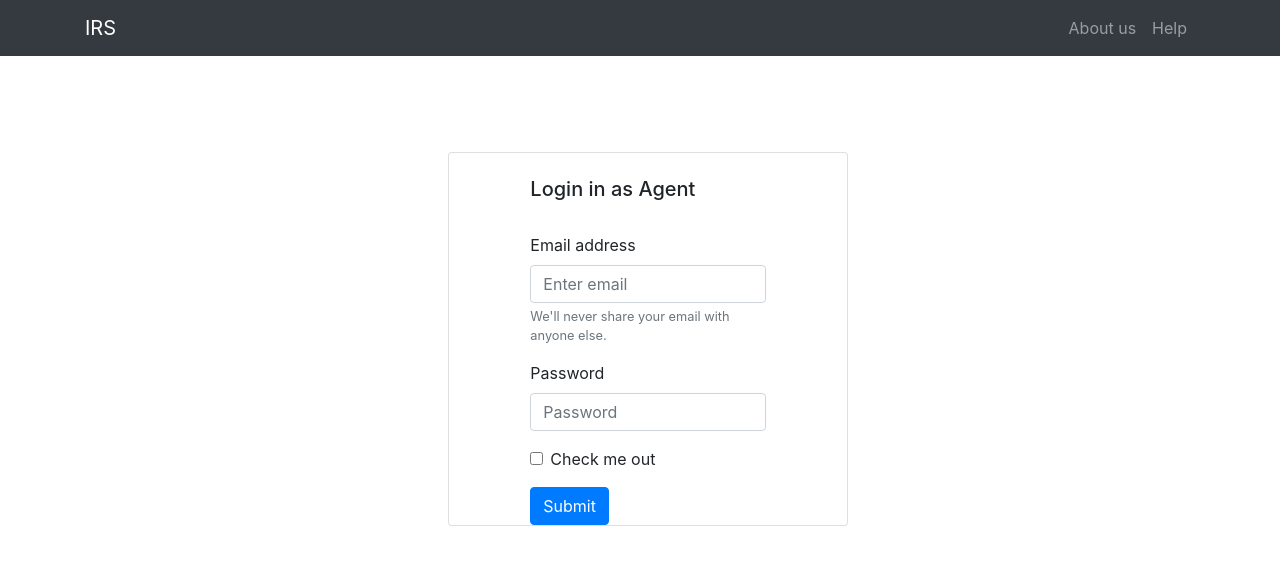
Repository: greeshmavyas/IRS_CS
Page: / (app in AgentManagement/Frontend/)
These files come from the project's save history. The page is drawn as it stood at one moment and after the next save; the edit follows.
The browser window is 1280 px wide. The pictures show the whole page.
Some web libraries are served in a nearby version. The project was rebuilt for these pictures with package versions that can differ from the ones it lists, and the page was loaded fresh each time. Also part of the build but not shown: AgentManagement/Frontend/src/components/NavbarDash.js, AgentManagement/Frontend/src/components/Sidebar.js, AgentManagement/Frontend/src/components/Dashboard.js, AgentManagement/Frontend/src/components/Settings.js, AgentManagement/frontend/src/App.css.

Above is the page before, as saved 2020-10-26 16:29:22.

After the next save:
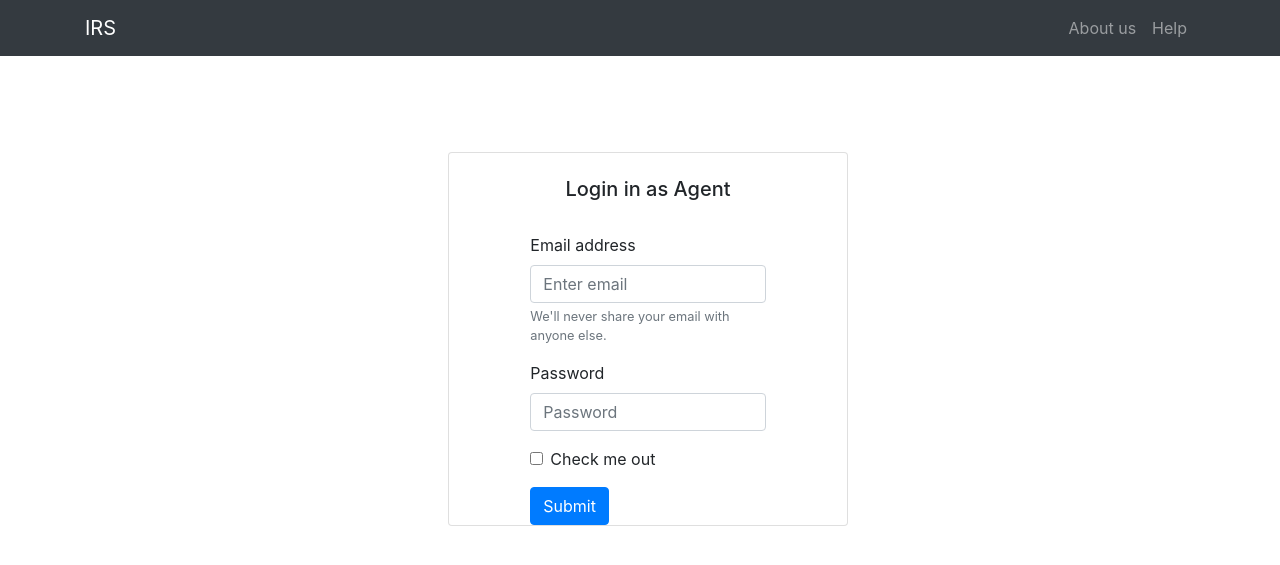
Saved 35 s later.
--- a/AgentManagement/Frontend/src/components/login.js
+++ b/AgentManagement/Frontend/src/components/login.js
@@ -34,7 +34,7 @@ class login extends Component {
               <div className="row">
                 <div className="col-md-8 m-auto">
                   <br></br>
-                  <h5>Login in as Agent</h5>
+                  <center><h5>Login in as Agent</h5></center>
                   <br></br>
                   <Form>
                     <Form.Group controlId="formBasicEmail">
